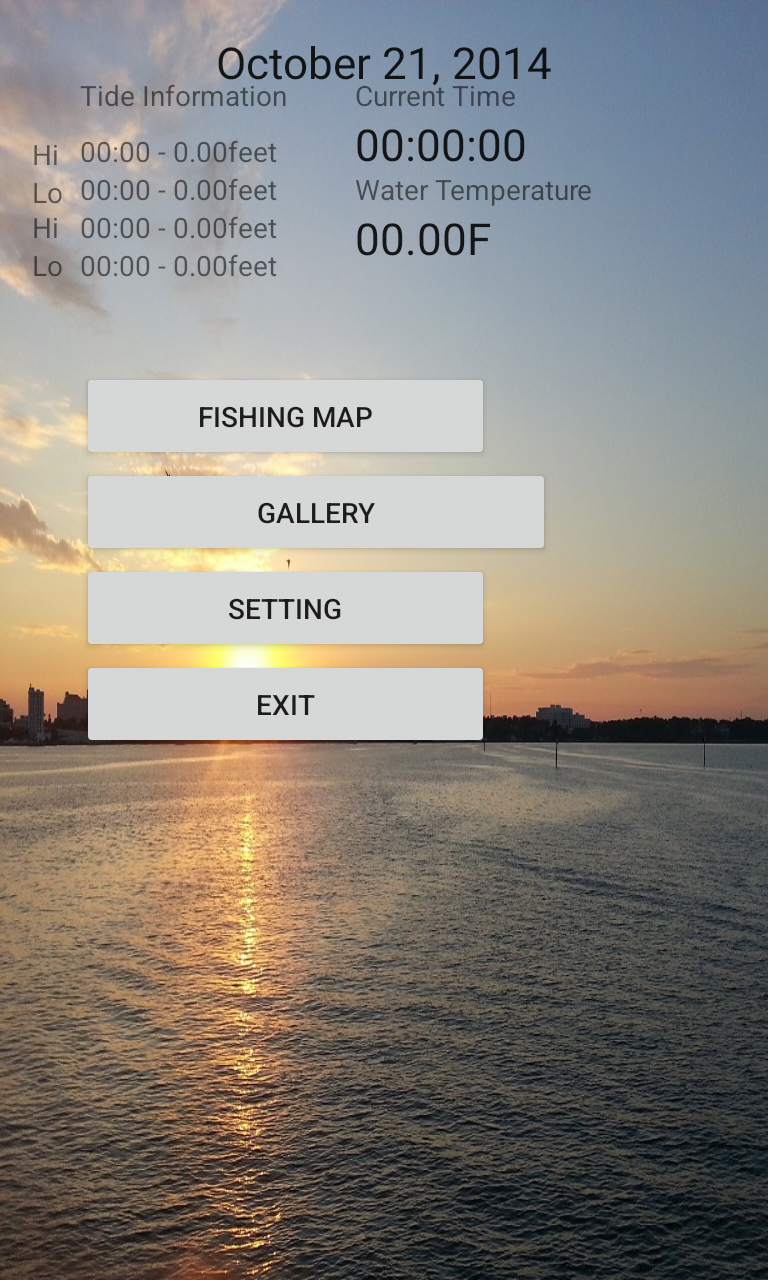
Repository: zerox2012/Fall2014Android
Layout: FishingBuddy/res/layout/activity_main_menu.xml
An editor plug-in stored every save of this project. The layout is shown before and after the next save, followed by the edit.
It is drawn on a 768 x 1280 px phone screen (xhdpi) without system bars, with theme AppTheme; the app's code is not run.

Above is the layout before, as saved 2014-10-20 21:58:27.

After the next save:
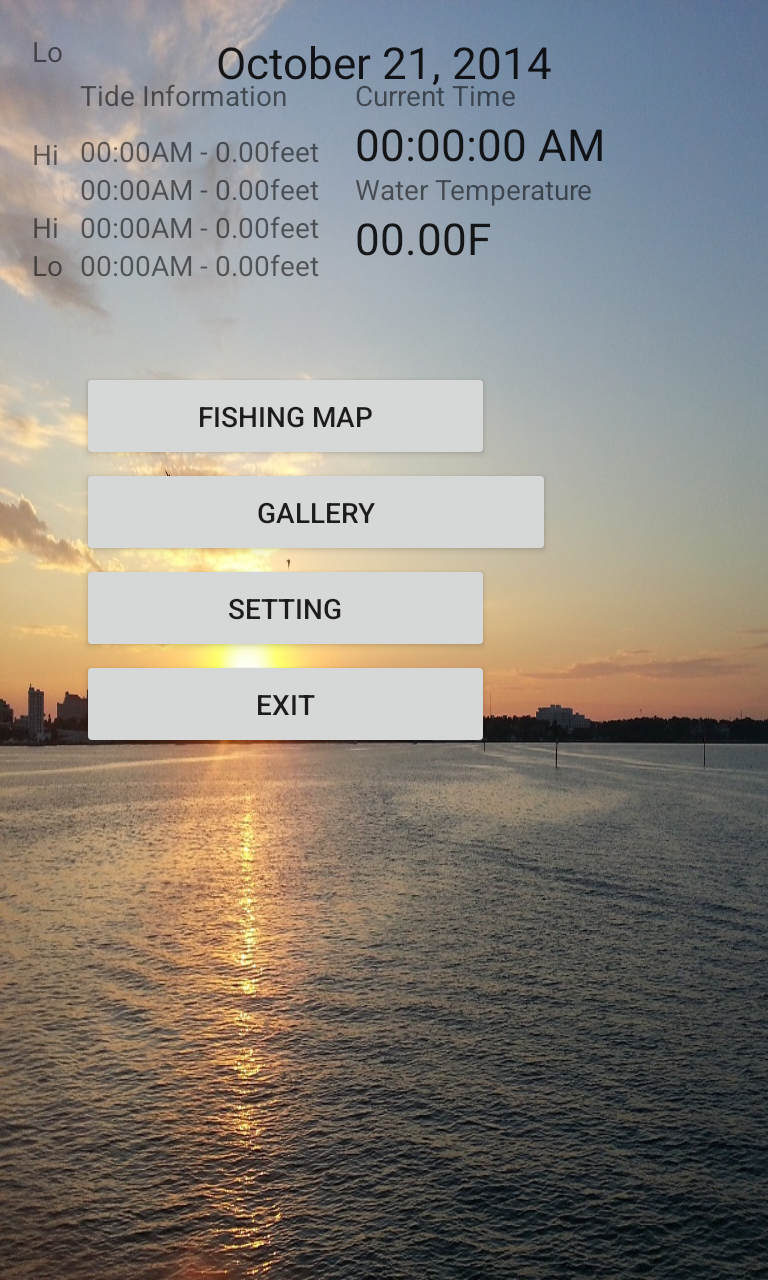
Saved 4 min 1 s later.
--- a/FishingBuddy/res/layout/activity_main_menu.xml
+++ b/FishingBuddy/res/layout/activity_main_menu.xml
@@ -44,7 +44,7 @@
         android:layout_height="wrap_content"
         android:layout_alignLeft="@+id/label_temp"
         android:layout_below="@+id/label_current_time"
-        android:text="00:00:00"
+        android:text="@string/value_current_time"
         android:textAppearance="?android:attr/textAppearanceLarge" />
 
     <TextView
@@ -53,16 +53,16 @@
         android:layout_height="wrap_content"
         android:layout_alignLeft="@+id/label_temp"
         android:layout_below="@+id/label_temp"
-        android:text="00.00F"
+        android:text="@string/value_current_temp"
         android:textAppearance="?android:attr/textAppearanceLarge" />
 
     <TextView
-        android:id="@+id/textView1"
+        android:id="@+id/label_hi"
         android:layout_width="wrap_content"
         android:layout_height="wrap_content"
         android:layout_alignBottom="@+id/value_current_time"
         android:layout_alignParentLeft="true"
-        android:text="Hi" />
+        android:text="@string/label_hi" />
 
     <TextView
         android:id="@+id/textView2"
@@ -70,7 +70,7 @@
         android:layout_height="wrap_content"
         android:layout_alignLeft="@+id/textView1"
         android:layout_below="@+id/textView1"
-        android:text="Lo" />
+        android:text="@string/label_lo" />
 
     <TextView
         android:id="@+id/textView3"
@@ -78,7 +78,7 @@
         android:layout_height="wrap_content"
         android:layout_alignLeft="@+id/textView2"
         android:layout_alignTop="@+id/value_water_temp"
-        android:text="Hi" />
+        android:text="@string/label_hi" />
 
     <TextView
         android:id="@+id/textView4"
@@ -86,7 +86,7 @@
         android:layout_height="wrap_content"
         android:layout_alignLeft="@+id/textView3"
         android:layout_below="@+id/textView3"
-        android:text="Lo" />
+        android:text="@string/label_lo" />
 
     <TextView
         android:id="@+id/textView6"
@@ -94,7 +94,7 @@
         android:layout_height="wrap_content"
         android:layout_above="@+id/textView3"
         android:layout_alignLeft="@+id/textView5"
-        android:text="00:00 - 0.00feet" />
+        android:text="@string/tide_value1_hi" />
 
     <TextView
         android:id="@+id/textView7"
@@ -103,7 +103,7 @@
         android:layout_alignBaseline="@+id/textView3"
         android:layout_alignBottom="@+id/textView3"
         android:layout_alignLeft="@+id/textView6"
-        android:text="00:00 - 0.00feet" />
+        android:text="@string/tide_value1_hi" />
 
     <TextView
         android:id="@+id/textView8"
@@ -112,7 +112,7 @@
         android:layout_alignBaseline="@+id/textView4"
         android:layout_alignBottom="@+id/textView4"
         android:layout_alignLeft="@+id/textView7"
-        android:text="00:00 - 0.00feet" />
+        android:text="@string/tide_value1_hi" />
 
     <TextView
         android:id="@+id/textView5"
@@ -120,7 +120,7 @@
         android:layout_height="wrap_content"
         android:layout_above="@+id/textView6"
         android:layout_alignLeft="@+id/label_tide_information"
-        android:text="00:00 - 0.00feet" />
+        android:text="@string/tide_value1_hi" />
 
     <TextView
         android:id="@+id/today_date"
--- a/FishingBuddy/res/values/strings.xml
+++ b/FishingBuddy/res/values/strings.xml
@@ -34,5 +34,7 @@
     <string name="tide_value2_hi">00:00AM - 0.00feet</string>
     <string name="tide_value1_lo">00:00AM - 0.00feet</string>
     <string name="tide_value2_lo">00:00AM - 0.00feet</string>
+    <string name="value_current_time">00:00:00 AM</string>
+    <string name="value_current_temp">00.00F</string>
 
 </resources>
